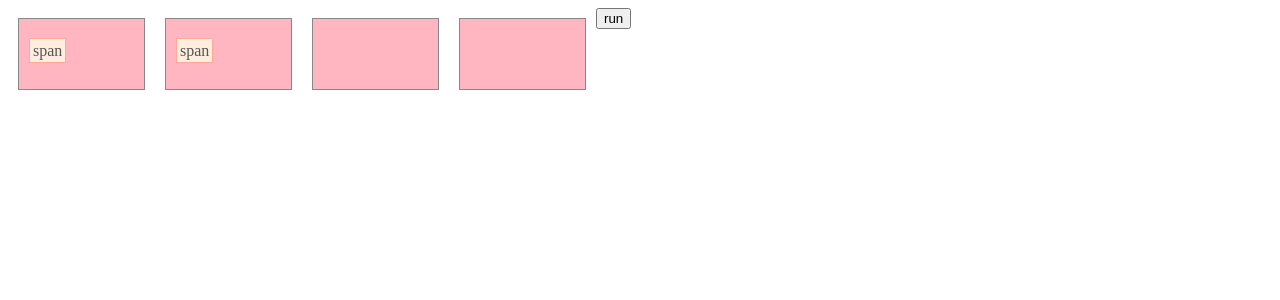
Repository: silenttemplar/java_start_project
Page: hansung_ee_2014/hansung_jquery_exercise/WebContent/19. Remove Without Children.html
The author's editor kept a copy of each file at every save. The page is drawn from the files as they stood at one save, then again after the next save.
The browser window is 1280 px wide. The pictures show the whole page.
After loading, the first visible `input` was clicked once.

Above is the page before, as saved 2014-08-28 01:19:29.

After the next save:
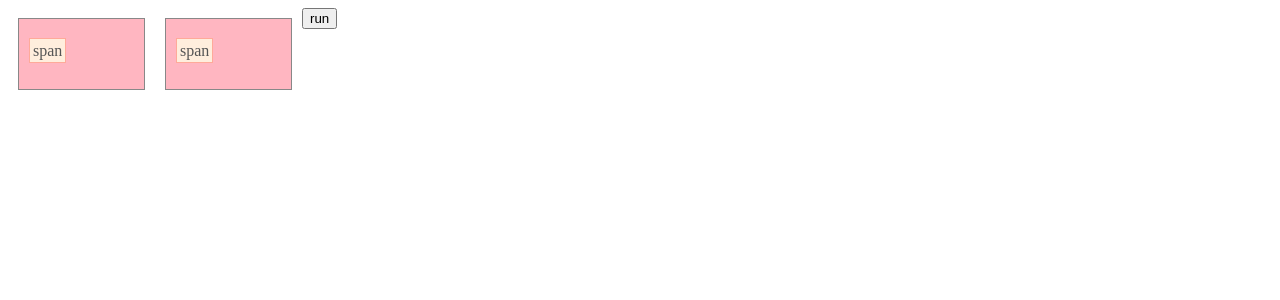
Saved 4 min 6 s later.
--- a/hansung_ee_2014/hansung_jquery_exercise/WebContent/19. Remove Without Children.html
+++ b/hansung_ee_2014/hansung_jquery_exercise/WebContent/19. Remove Without Children.html
@@ -9,7 +9,7 @@
 	 * 함수 : not(), :parent, remove()
 	 */
 	function run() {
-		$("#target:parent").not().remove();
+		$(".target").not(":parent").remove();
 	}
 </script>
 
